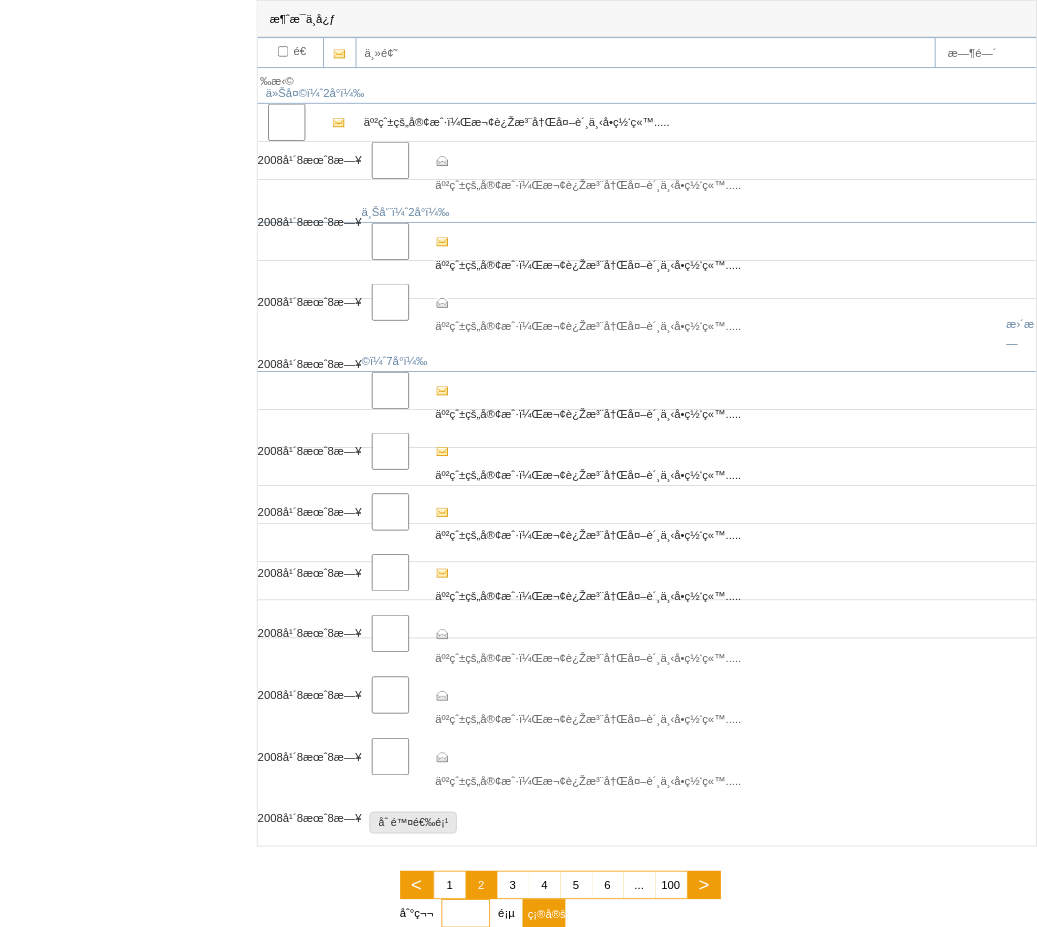
Repository: hucongting/MobliePhoneMall
Page: http://localhost/HelloMall/home/my_message.jsp
An editor plug-in stored every save of this project. The page is shown before and after the next save, followed by the edit.
The browser window is 1280 px wide. The pictures show the whole page, at 81% of full size.
The page is served by Tomcat 9. Nobody is signed in. The application's start-up code is not run.

Above is the page before, as saved 2018-09-01 06:19:38.

After the next save:
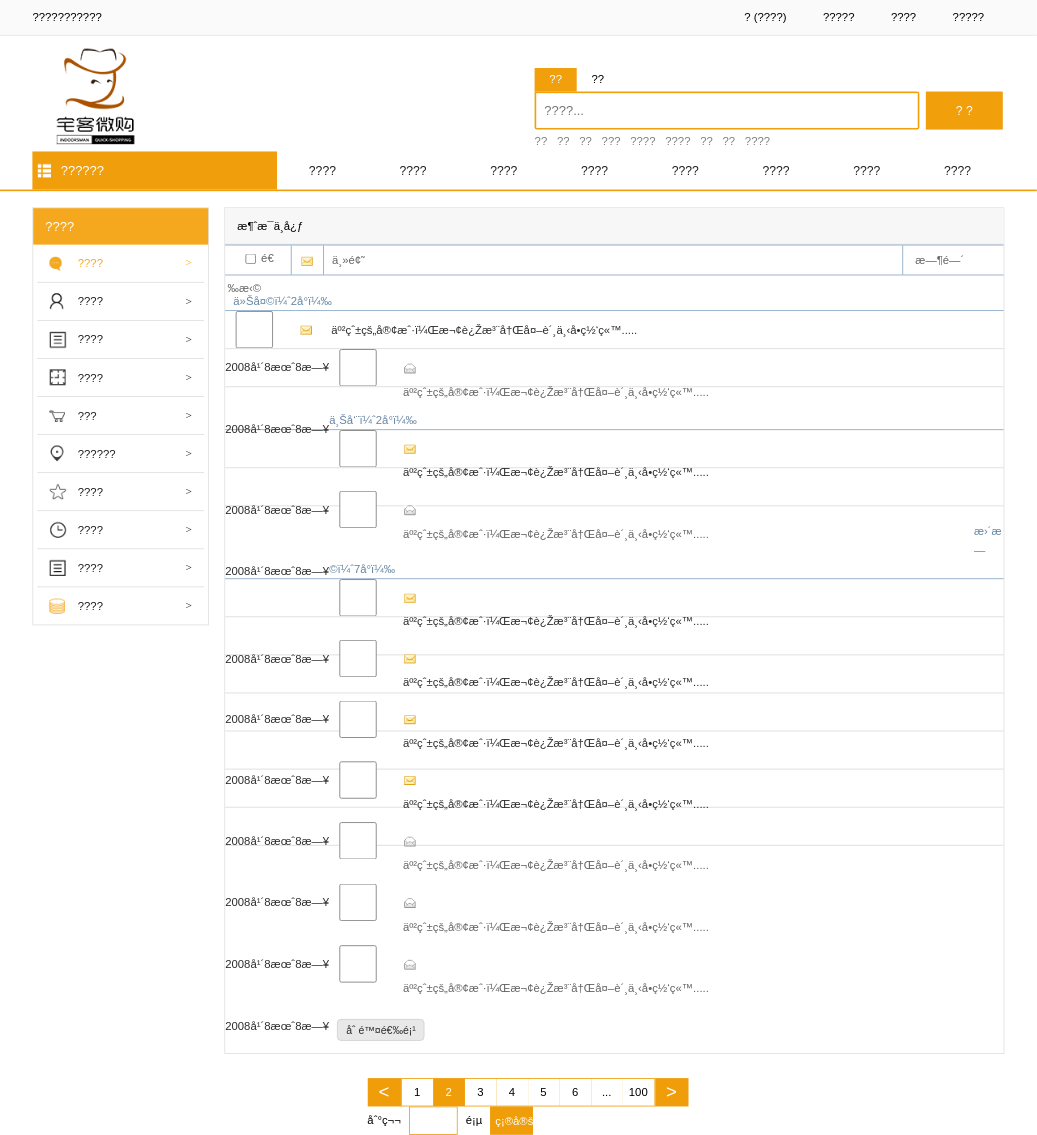
Saved 25 s later.
--- a/HelloMall/src/main/webapp/home/my_message.jsp
+++ b/HelloMall/src/main/webapp/home/my_message.jsp
@@ -11,7 +11,7 @@
 
 <body>
 
-
+	<jsp:include page="top.jsp" />
 
 
     	<div class="personal-r f-r">
